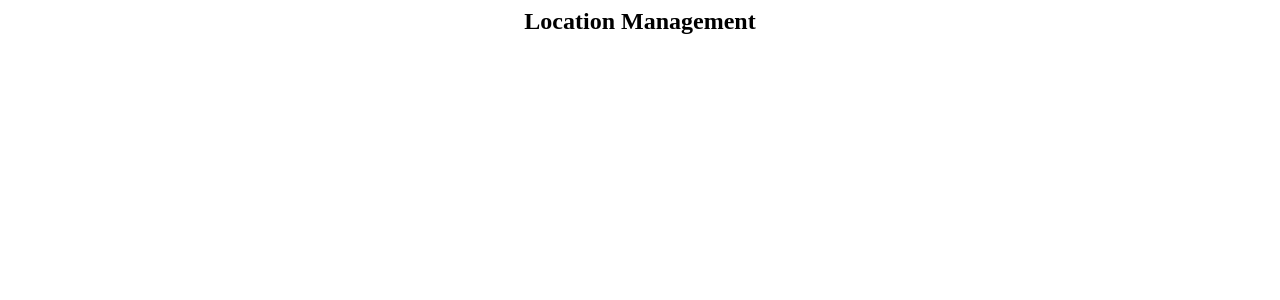
Repository: sau123/IoT-Distributive-System
Page: server/com.assignment2.server/WebContent/_views/location.html
The author's editor kept a copy of each file at every save. The page is drawn from the files as they stood at one save, then again after the next save.
The browser window is 1280 px wide. The pictures show the whole page.

Above is the page before, as saved 2015-08-03 19:18:02.

### server/com.assignment2.server/WebContent/_views/location.html


<div data-ng-controller="LocationController" style = "text-align:center" ng-init="processForm()">
<h2 class = "black1">Location Management</h2>

<div id="map_div" style="height: 400px;"></div>

</form>
</div>

After the next save:
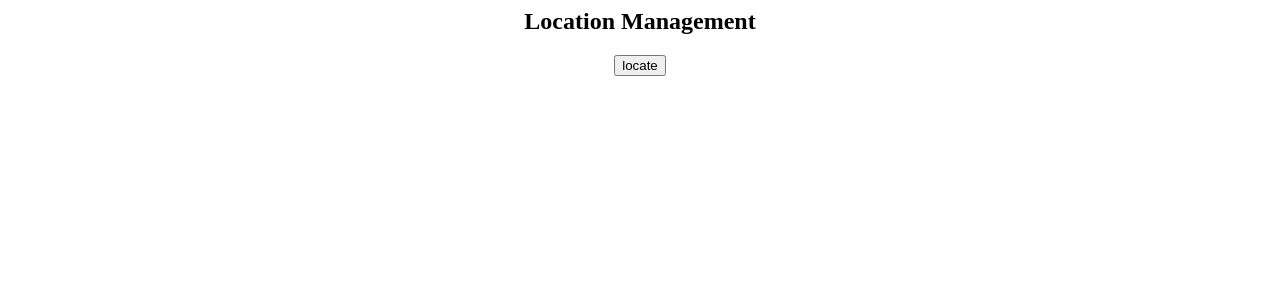
Saved 112 s later.
--- a/server/com.assignment2.server/WebContent/_views/location.html
+++ b/server/com.assignment2.server/WebContent/_views/location.html
@@ -3,7 +3,10 @@
 <div data-ng-controller="LocationController" style = "text-align:center" ng-init="processForm()">
 <h2 class = "black1">Location Management</h2>
 
-<div id="map_div" style="height: 400px;"></div>
+<div id="map_div" style="height: 400px;">
+<button>locate</button>
+
+</div>
 
 </form>
 </div>
